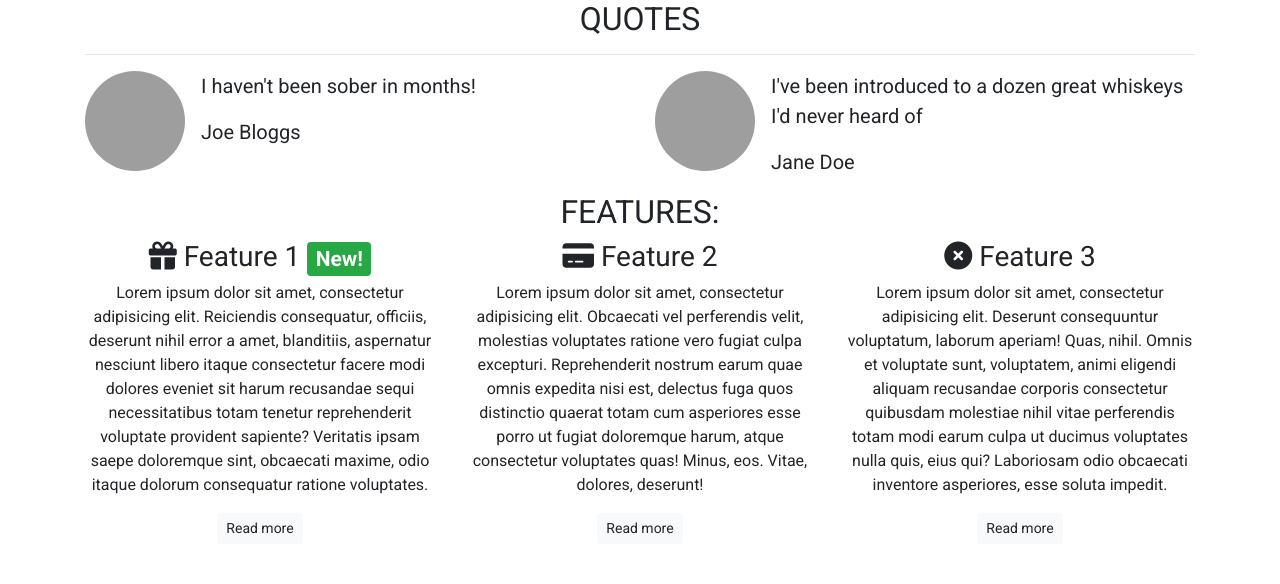
Repository: Matt-F90/Intro-to-bootstrap
Page: index.html
The author's editor kept a record of every edit. The page is drawn from the files as they stood at one moment, then again after the next edit.
The browser window is 1280 px wide. The pictures show the part of the page from y = 720 to 1308 px (the page is 1304 px tall before and 1308 px after).
Pictures or frames that could not be fetched are drawn as grey boxes. Backgrounds fixed to the window are drawn as part of the page. Some web libraries are served in a nearby version.

Above is the page before.
Console error: TypeError: Cannot read properties of undefined (reading 'fn')

### index.html
<!DOCTYPE html>
<html lang="en">

<head>
    <meta charset="UTF-8">
    <meta name="viewport" content="width=device-width, initial-scale=1.0">
    <meta http-equiv="X-UA-Compatible" content="ie=edge">
    <title>Whiskey Drop | Taste a new whiskey every month</title>
    <link rel="stylesheet" href="https://stackpath.bootstrapcdn.com/bootstrap/4.1.3/css/bootstrap.min.css" integrity="sha384-MCw98/SFnGE8fJT3GXwEOngsV7Zt27NXFoaoApmYm81iuXoPkFOJwJ8ERdknLPMO" crossorigin="anonymous">
    <script src="https://stackpath.bootstrapcdn.com/bootstrap/4.1.3/js/bootstrap.min.js" integrity="sha384-ChfqqxuZUCnJSK3+MXmPNIyE6ZbWh2IMqE241rYiqJxyMiZ6OW/JmZQ5stwEULTy" crossorigin="anonymous"></script>
    <script src="https://kit.fontawesome.com/f919e2be21.js" crossorigin="anonymous"></script>
    <link href="https://fonts.googleapis.com/css?family=Roboto:400,700&display=swap" rel="stylesheet">
    <link rel="stylesheet" href="css/style.css" type="text/css">

    <body>
        <div class="container-fluid navalert-container">
            <div class="container-fluid alert-container">
                <div class="row d-none d-sm-block">
                    <div class="col-12">
                        <div class="site-wide-alert alert alert-warning">
                            <strong>Sale now on!</strong> We've got a deal on! Get a 12 month subcription for the price of 6! <a href "/">See here for more details!</a>
                        </div>
                    </div>
                </div>
            </div>
            <nav class="navbar navbar-dark navbar-expand-sm">
                <a href="/" class="navbar-brand">Whiskey Drop</a>

                <button class="navbar-toggler ml-auto" type="button" data-toggle="collapse" data-target="#navbarNavDropdown" aria-controls="navbarNavDropdown" aria-expanded="false" aria-label="Toggle navigation">
        <span class="navbar-toggler-icon"></span></button>

                <div class="collapse navbar-collapse" id="navbarNavDropdown">

                    <ul class="navbar-nav mr-auto">
                        <li class="active nav-item mr-2"><a class="nav-link" href="/">Home</a></li>
                        <li class="nav-item mr-2"><a class="nav-link" href="/about">About</a></li>
                        <li class "nav-item dropdown">
                            <a class="nav-link dropdown-toggle" href="#" id="navbarDropdownMenuLink" role="button" data-toggle="dropdown" aria-haspopup="true" aria-expanded="false">
          Whiskeys</a>
                            <div class="dropdown-menu" aria-labelledby="navbarDropdownMenuLink">
                                <a class="dropdown-item" href="#">Irish</a>
                                <a class="dropdown-item" href="#">Scotch</a>
                                <a class="dropdown-item" href="#">Japanese</a>
                                <a class="dropdown-item" href="#">American</a>
                            </div>
                        </li>
                        <li class="nav-item mr-2 d-block d-sm-none"><a class="nav-link" href="/login">Sign Up / Sign In</a></li>
                    </ul>
                </div>
                <div class="d-none d-md-block">
                    <p class="navbar-text my-auto mr-2"><i>Great whiskey delivered to your door!</i></p>
                    <a href="/login" class="btn btn-cta btn-red">Sign Up / Sign In</a>
                </div>
            </nav>
        </div>

        <div class="container-fluid callout-container">
            <div class="opaque-overlay"> </div>
            <div class="row">
                <div class="col-12">
                    <section class="callout jumbotron text-center">
                        <h1 class="jumbotron-header">The finest whiskeys delivered to your doorstep</h1>
                        <hr class="block-divider">
                        <p class="lead">Sign up today to start recieving the world's greatest whiskeys.
                            <s class="d-none d-sm-inline">£19.99</s>
                            <span class="d-inline d-sm-none"><br></span>
                            <strong><mark>First one is free!</mark></strong></p>
                        <button class="btn btn-lg btn-cta btn-red" data-toggle="modal" data-target="#signUpModal">Sign up!</button>
                        <p class="text-muted"><small>You must be over 18 to sign up for our service. Please, drink responsibly</small></p>
                    </section>
                </div>
            </div>
        </div>




        <div class="container  quotes-container">
            <section class="quotes">
                <div class="row">
                    <div class="col-12 page-header">
                        <h2 class="text-uppercase">Quotes</h2>
                        <hr />
                    </div>
                </div>
                <div class="row">
                    <div class="col-12 col-md-6">
                        <div class="media">
                            <div class="d-none d-sm-block">
                                <img src="images/guy-image.png" class="rounded-circle mr-3" height=100 width=100>
                            </div>
                            <div class="media-body">
                                <blockquote class="blockquote">
                                    <p>I haven't been sober in months!</p>
                                    <p>Joe Bloggs</p>
                                </blockquote>
                            </div>
                        </div>
                    </div>
                    <div class="col-12 col-md-6">
                        <div class="media">
                            <div class="d-none d-sm-block">
                                <img src="images/girl-image.png" class="rounded-circle mr-3" height=100 width=100>
                            </div>
                            <div class="media-body">
                                <blockquote class="blockquote">
                                    <p>I've been introduced to a dozen great whiskeys I'd never heard of</p>
                                    <p>Jane Doe</p>
                                </blockquote>
                            </div>
                        </div>
                    </div>
                </div>
            </section>
        </div>

        <div class="container features-container">
            <section class="features">
                <div class="row">
                    <div class="col-12 page-header">
                        <h2 class="text-uppercase">Features:</h2>
                    </div>
                </div>
                <div class="row">
                    <div class="col-12 col-md-6 col-lg-4">
                        <div class="feature">
                            <h3><i class="fas fa-gift d-none d-sm-inline"></i> Feature 1 <span class="badge badge-success d-none d-sm-inline">New!</span></h3>
                            <p>Lorem ipsum dolor sit amet, consectetur adipisicing elit. Reiciendis consequatur, officiis, deserunt nihil error a amet, blanditiis, aspernatur nesciunt libero itaque consectetur facere modi dolores eveniet sit harum recusandae
                                sequi necessitatibus totam tenetur reprehenderit voluptate provident sapiente? Veritatis ipsam saepe doloremque sint, obcaecati maxime, odio itaque dolorum consequatur ratione voluptates.</ipsum50>
                            </p>
                            <p><a class="btn btn-sm btn-light">Read more</a></p>
                        </div>
                    </div>
                    <div class="col-12 col-md-6 col-lg-4">
                        <div class="feature">
                            <h3><i class="fas fa-credit-card d-none d-sm-inline"></i> Feature 2 </h3>
                            <p>Lorem ipsum dolor sit amet, consectetur adipisicing elit. Obcaecati vel perferendis velit, molestias voluptates ratione vero fugiat culpa excepturi. Reprehenderit nostrum earum quae omnis expedita nisi est, delectus fuga quos
                                distinctio quaerat totam cum asperiores esse porro ut fugiat doloremque harum, atque consectetur voluptates quas! Minus, eos. Vitae, dolores, deserunt!</p>
                            <p><a class="btn btn-sm btn-light">Read more</a></p>
                        </div>
                    </div>
                    <div class="col-12 d-md-none d-lg-block col-lg-4">
                        <div class="feature">
                            <h3><i class="fas fa-times-circle d-none d-sm-inline">
                                </i> Feature 3</h3>
                            <p>Lorem ipsum dolor sit amet, consectetur adipisicing elit. Deserunt consequuntur voluptatum, laborum aperiam! Quas, nihil. Omnis et voluptate sunt, voluptatem, animi eligendi aliquam recusandae corporis consectetur quibusdam
                                molestiae nihil vitae perferendis totam modi earum culpa ut ducimus voluptates nulla quis, eius qui? Laboriosam odio obcaecati inventore asperiores, esse soluta impedit.</p>
                            <p><a class="btn btn-sm btn-light">Read more</a></p>
                        </div>
                    </div>
                </div>
            </section>
        </div>


        <div class="modal" tabindex="-1" role="dialog" id="signUpModal">
            <div class="modal-dialog" role="document">
                <div class="modal-content">
                    <div class="modal-header">
                        <h5 class="modal-title">Sign Up To Whiskey Drop</h5>
                        <button type="button" class="close" data-dismiss="modal" aria-label="Close">
          <span aria-hidden="true">&times;</span>
        </button>
                    </div>
                    <div class="modal-body">

                        <form>
                            <div class="form-group">
                                <label for="exampleInputEmail1">Email address</label>
                                <input type="email" class="form-control" id="exampleInputEmail1" aria-describedby="emailHelp" placeholder="Enter email">
                                <small id="emailHelp" class="form-text text-muted">We'll never share your email with anyone else.</small>
                            </div>
                            <div class="form-group">
                                <label for="password">Password</label>
                                <input type="password" class="form-control" id="password" placeholder="Password">
                            </div>
                            <div class="form-group">
                                <label for="repeatpassword">Repeat Password</label>
                                <input type="password" class="form-control" id="exampleInputPassword1" placeholder="Password">
                            </div>
                            <button type="submit" class="btn btn-success">Submit</button>
                        </form>

                    </div>
                </div>
            </div>
        </div>

        <script src="https://code.jquery.com/jquery-3.3.1.slim.min.js" integrity="sha384-q8i/X+965DzO0rT7abK41JStQIAqVgRVzpbzo5smXKp4YfRvH+8abtTE1Pi6jizo" crossorigin="anonymous"></script>
        <script src="https://cdnjs.cloudflare.com/ajax/libs/popper.js/1.14.3/umd/popper.min.js" integrity="sha384-ZMP7rVo3mIykV+2+9J3UJ46jBk0WLaUAdn689aCwoqbBJiSnjAK/l8WvCWPIPm49" crossorigin="anonymous"></script>
        <script src="https://stackpath.bootstrapcdn.com/bootstrap/4.1.3/js/bootstrap.min.js" integrity="sha384-ChfqqxuZUCnJSK3+MXmPNIyE6ZbWh2IMqE241rYiqJxyMiZ6OW/JmZQ5stwEULTy" crossorigin="anonymous"></script>
    </body>

</html>

### css/style.css
body {
  font-family: 'Roboto', sans-serif;
}

.container-wrapper {

}

.container-wrapper-red {
  background-color: red;
  color:white;
}


.alert-container .col-12 {
    padding-left: 0;
    padding-right: 0;
}

.site-wide-alert {
    color: #544600;
    background-color: #eec802;
    border-color: #eec802;
    padding: 5px 15px;
    margin-bottom: 0;
    border: 1px solid transparent;
    border-radius: 0;
}

.callout-container{
  height: 100vh;

  background: url(https://image.shutterstock.com/image-photo/bottle-glass-whiskey-on-wooden-260nw-304241285.jpg) no-repeat bottom right fixed;
  -webkit-background-size: cover;
  -moz-background-size: cover;
  -o-background-size: cover;
  background-size: cover;

  display: flex;
  align-items: center;
  justify-content: center;

  position: relative;

}

.opaque-overlay {
  position: absolute;
  top: 0;
  left: 0;
  height: 100%;
  width: 100%;
  background-color: rgba(0,0,0,0.5);
}

.quotes-container{}

.features-container {}

.page-header {
  margin-top: 0;
  border-bottom: 0;
  text-align: center;
}

.page-header h2 {
 margin-top: 0;
}

.navalert-container {
  position: absolute;
  top: 0;
  left: 0;
  padding-left: 0;
  padding-right: 0;
  z-index: 1;
}

.navbar {
  margin-bottom: 0;
  border: 0;
  width: 100%;
  background-color: rgba(0,0,0,0.5);
}


.jumbotron {
  background-color: transparent;
}

.jumbotron h1 {
  color: white;
  font-weight: bold;
  margin-top: 90px;
}

.jumbotron .lead {
  color: antiquewhite;
  margin: 25px 0;
}

.block-divider {
    width: 75px;
    height: 5px;
    border: 0;
    background-color: #444
}

.block-divider-orange {
  background-color: orange
}

.block-divider-white {
  background-color: white;
}

.block-divider-short {
    width: 35px;
}

.content-container {
  padding-top: 75px;
  padding-bottom: 75px;
}

.btn-cta {
  font-weight: bold;
  border-radius: 23px;
  width: 160px;
}


.btn-red {
  color: white;
  background-color: red;
  border-color: red;

}

.feature .btn {
  color: red;
}


.btn-red:hover,
.btn-red:active,
.btn-red:focus,
.btn-red:focus:active {
  background-color:#960a0a;
  border-color:#960a0a;
  color: antiquewhite;
}

.feature {
  text-align: center;
  margin-bottom: 40px
}

After the next edit:
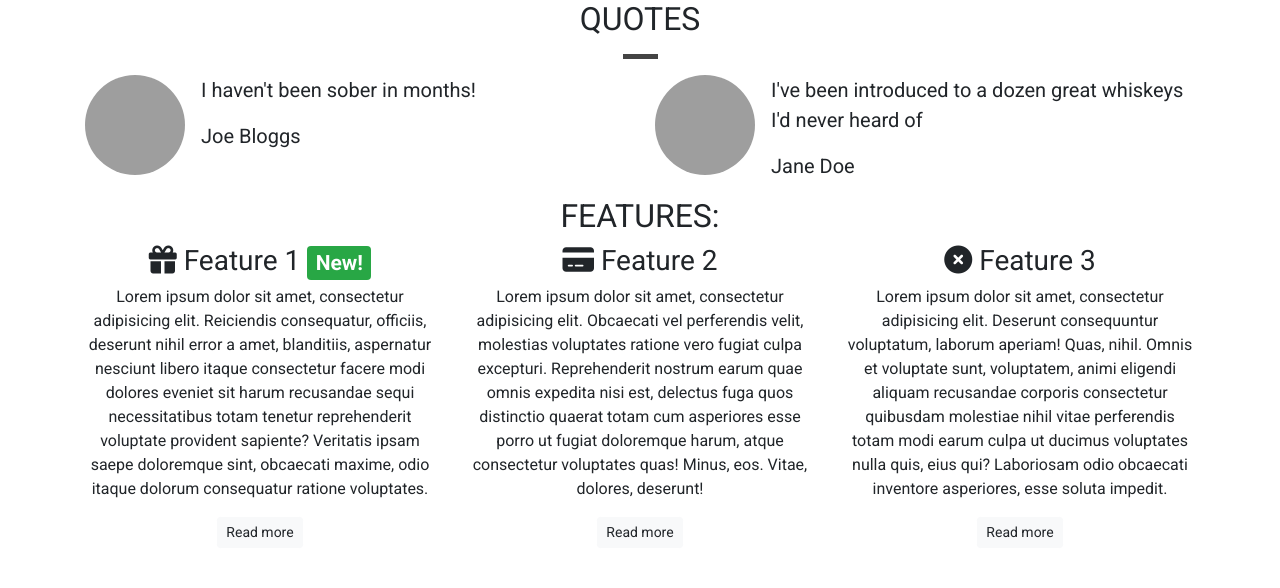
The edit:
--- a/index.html
+++ b/index.html
@@ -80,7 +80,7 @@
                 <div class="row">
                     <div class="col-12 page-header">
                         <h2 class="text-uppercase">Quotes</h2>
-                        <hr />
+                        <hr class="block-divider block-divider-short">
                     </div>
                 </div>
                 <div class="row">
